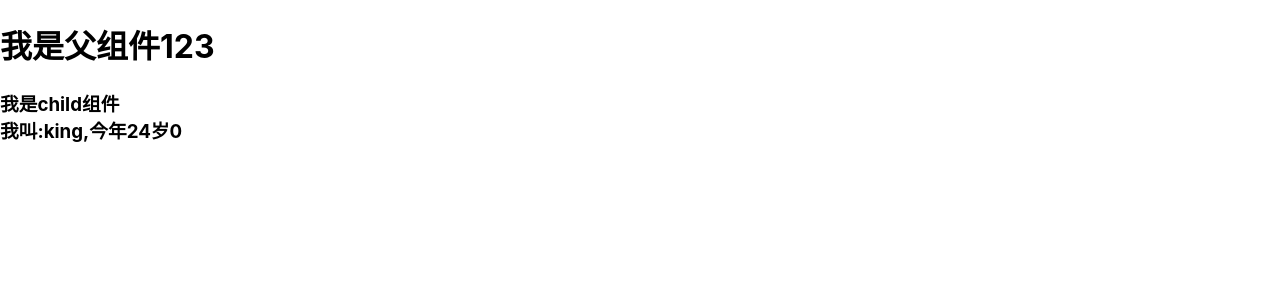
Repository: AprilChou4/cra-demo
Page: / (app in demo7-react生命周期/)
An editor plug-in stored every save of this project. The page is shown before and after a run of saves, followed by the edit.
The browser window is 1280 px wide. The pictures show the whole page.
The project was rebuilt for these pictures with package versions that can differ from the ones it lists, and the page was loaded fresh each time.

Above is the page before, as saved 2021-02-25 15:39:39.

### demo7-react生命周期/src/index.js
import React from 'react';
import ReactDOM from 'react-dom';
import './index.css';
// import App from './component/ReactLife163';
// contex的通信
// import App from './component/Context';
// 组件的复用
// import App from './component/UsePublic';
import App from './component/PureComponent';

ReactDOM.render(
  // <React.StrictMode>
  <App />,
  // </React.StrictMode>,
  document.getElementById('root'),
);

### demo7-react生命周期/src/component/PureComponent/index.jsx
import React from 'react';
import Child from './Child';

class Father extends React.Component {
  constructor(props) {
    super(props);
    this.state = {
      fatherAge: 3123,
      age: 24,
      name: 'king',
    };
  }

  // 在组件挂载到DOM前调用，且只会被调用一次，在这边调用this.setState不会引起组件重新渲染，也可以把写在这边的内容提前到constructor()中，所以项目中很少用。
  componentWillMount() {
    console.log('----father----componentWillMount------');
    this.setState({
      fatherAge: 123,
    });
  }

  componentDidMount() {
    console.log('----father----componentDidMount------');
    // this.setState({
    //   fatherAge: 123,
    //   age: 25,
    //   name: 'kings',
    // });
  }
  componentWillReceiveProps(nextProps) {
    console.log('----father----componentWillReceiveProps------');
  }
  // 应该使用这个方法，否则无论state是否有变化都将会导致组件重新渲染
  shouldComponentUpdate(nextProps, nextState) {
    console.log('----father----shouldComponentUpdate------');
    return true;
  }

  render() {
    const { name, age, fatherAge } = this.state;
    console.log('----father----render------');
    return (
      <div className="app">
        <h1> 我是父组件{fatherAge}</h1>
        <Child name={name} age={age} />
      </div>
    );
  }
}
export default Father;

### demo7-react生命周期/src/component/PureComponent/Child.jsx
import React, { Component } from 'react';
class Child extends Component {
  constructor(props) {
    super(props);
    this.state = {
      sex: 0,
    };
  }

  componentDidMount() {
    console.log('----child----componentDidMount------');

  }


  shouldComponentUpdate(nextProps) {
    console.log('----child----shouldComponentUpdate------');
    return true;
  }
  // 此方法在组件更新后被调用，可以操作组件更新的DOM，prevProps和prevState这两个参数指的是组件更新前的props和state
  componentDidUpdate(prevProps,prevState){

  }

  render() {
    const { name, age } = this.props;
    console.log(name, age, '----child----render------');

    return (
      <div>
        <h3>
          我是child组件
          <div>
            我叫:{name},今年{age}岁{this.state.sex}
          </div>
        </h3>
      </div>
    );
  }
}
export default Child;

Loaded but not shown: demo7-react生命周期/public/index.html (common file); demo7-react生命周期/src/index.css (common file)

After the next 2 saves:
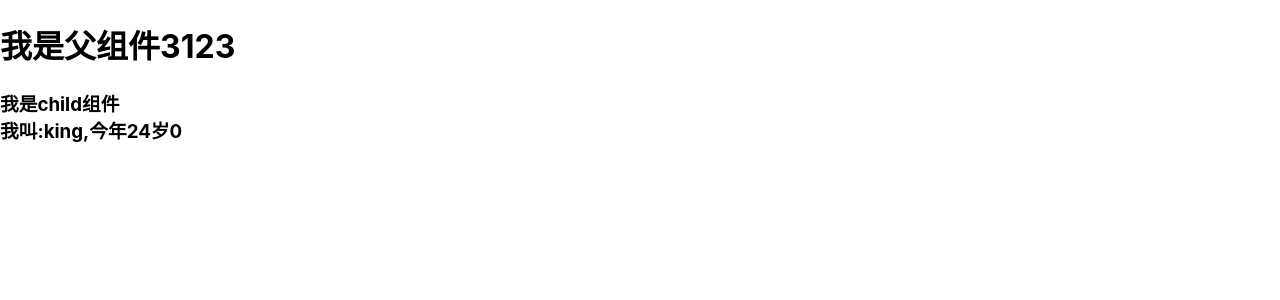
The 2 saves are shown as one change because they came seconds apart.
The last was saved 9 s later.
--- a/demo7-react生命周期/src/component/PureComponent/index.jsx
+++ b/demo7-react生命周期/src/component/PureComponent/index.jsx
@@ -11,25 +11,12 @@ class Father extends React.Component {
     };
   }
 
-  // 在组件挂载到DOM前调用，且只会被调用一次，在这边调用this.setState不会引起组件重新渲染，也可以把写在这边的内容提前到constructor()中，所以项目中很少用。
-  componentWillMount() {
-    console.log('----father----componentWillMount------');
-    this.setState({
-      fatherAge: 123,
-    });
-  }
+
 
   componentDidMount() {
     console.log('----father----componentDidMount------');
-    // this.setState({
-    //   fatherAge: 123,
-    //   age: 25,
-    //   name: 'kings',
-    // });
   }
-  componentWillReceiveProps(nextProps) {
-    console.log('----father----componentWillReceiveProps------');
-  }
+
   // 应该使用这个方法，否则无论state是否有变化都将会导致组件重新渲染
   shouldComponentUpdate(nextProps, nextState) {
     console.log('----father----shouldComponentUpdate------');
